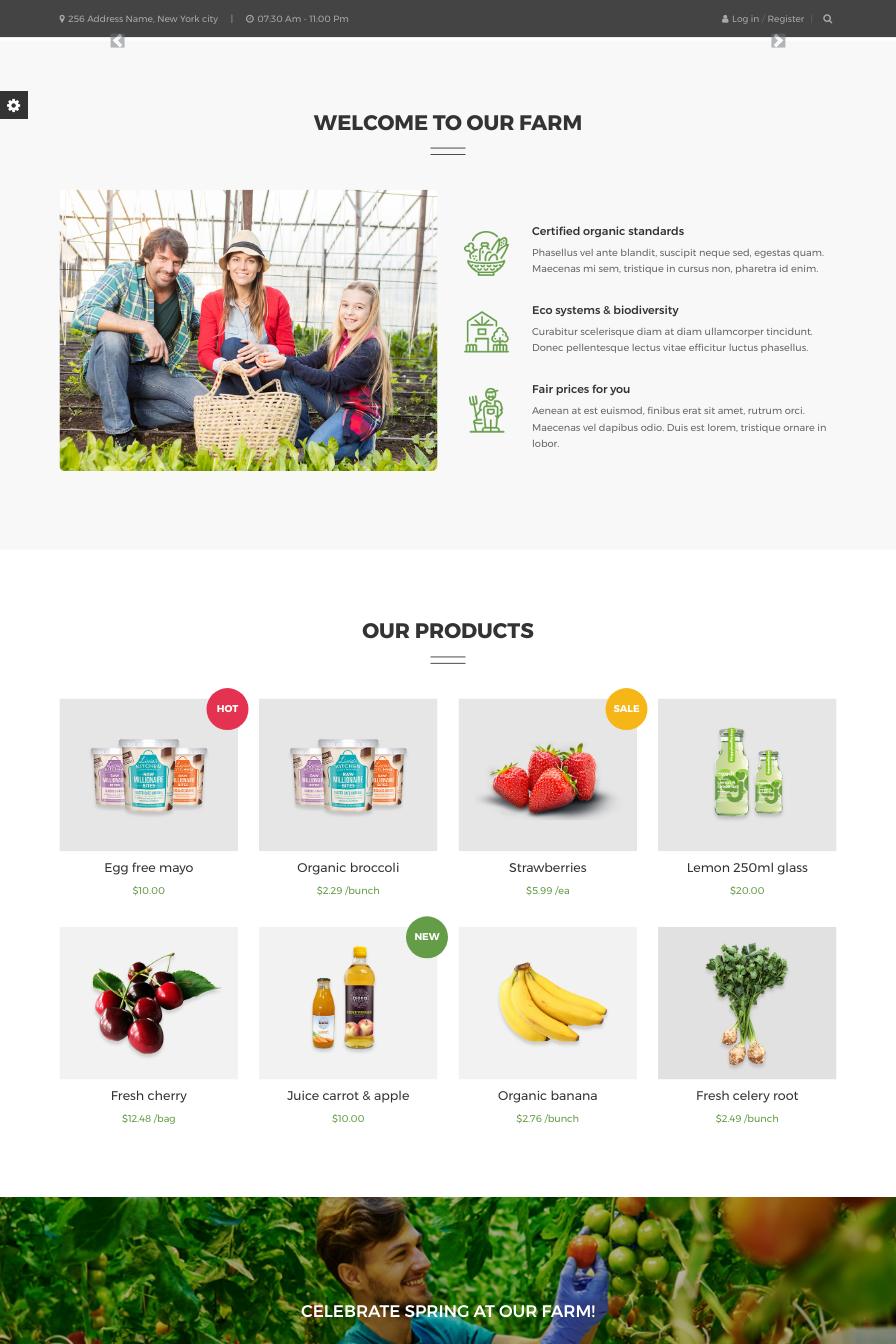
Repository: riteshyadav7878/ecofood
Page: http://localhost/
These files come from the project's save history. The page is drawn as it stood at one moment and after the next save; the edit follows.
The browser window is 1280 px wide. The pictures show the part of the page from y = 0 to 1920 px (the page is 3516 px tall before and 3511 px after), at 70% of full size.
Backgrounds fixed to the window are drawn as part of the page. Some web libraries are served in a nearby version. The page is run by PHP 8.4 with error messages shown; the project is at /var/www/html/. Queries for data that is not in the repository find no rows.

Above is the page before, as saved 2024-09-03 12:02:25.

After the next save:
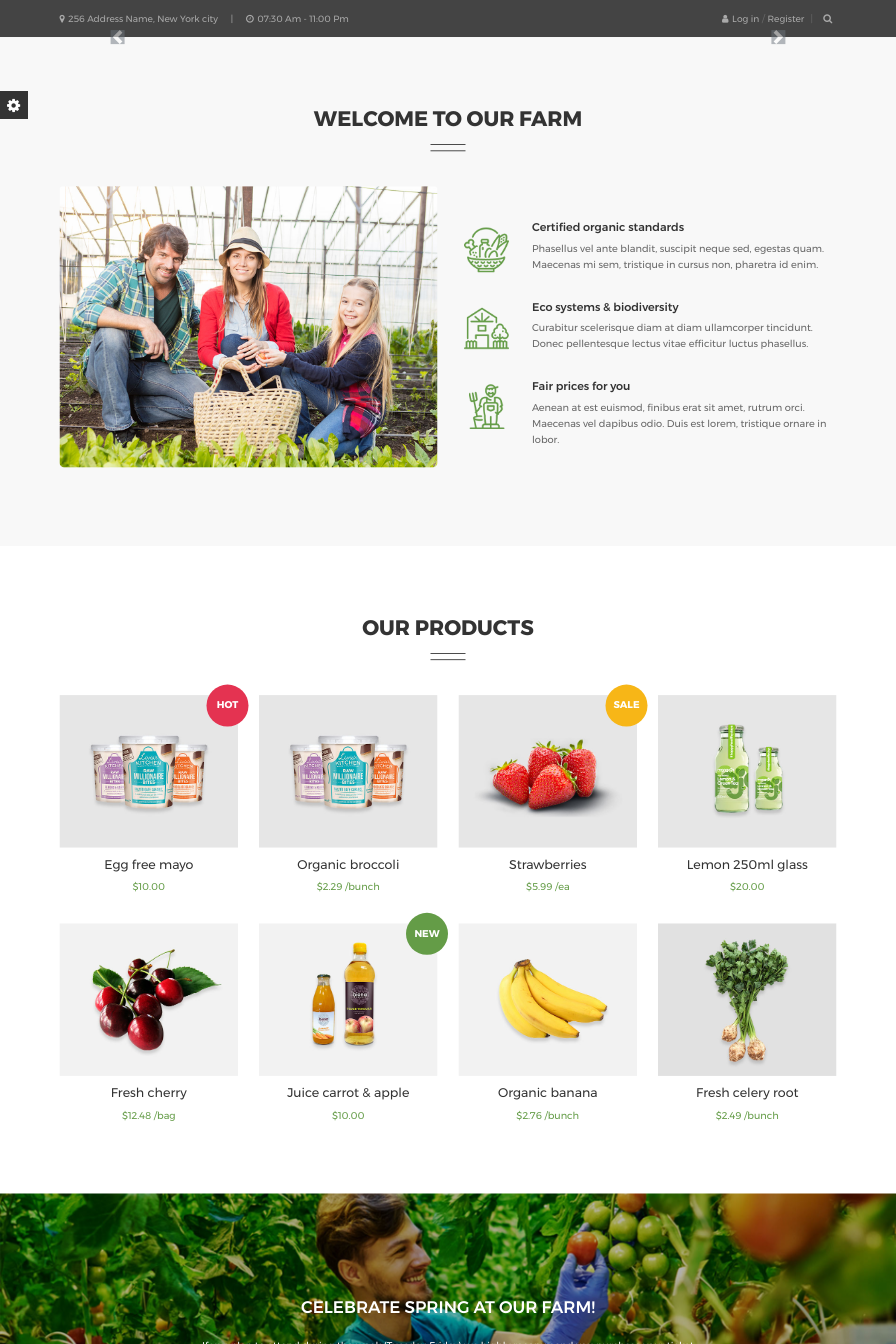
Saved 4 s later.
--- a/index.php
+++ b/index.php
@@ -164,7 +164,7 @@ $result = $conn->query($sql);
 </header>
 
 <section>
-<div class="container mt-2">
+<div class="container ">
 
         <!-- Bootstrap Carousel -->
         <div id="carouselExampleIndicators" class="carousel slide">
